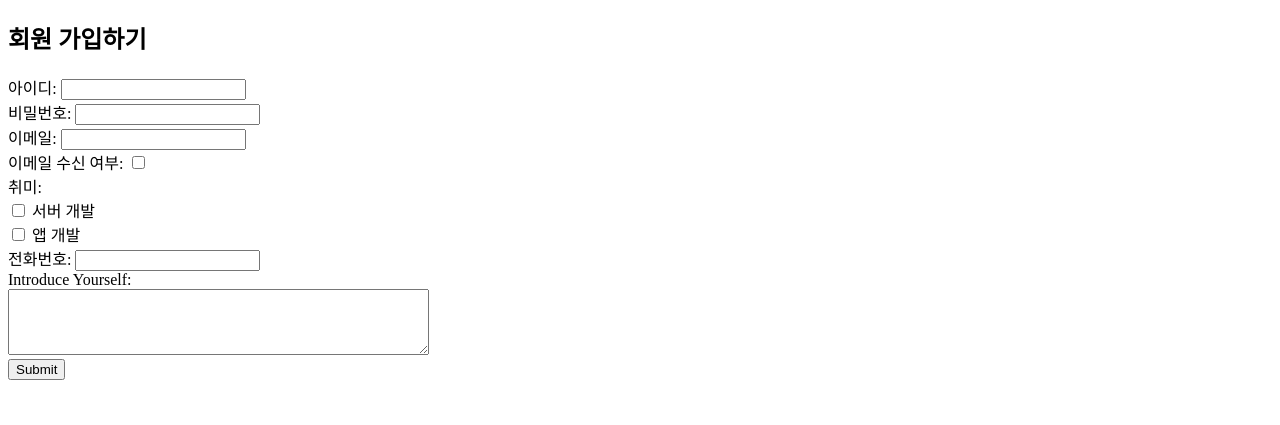
Repository: dnwpdud/WEB_CODES
Page: http://localhost/Web06_JSP_Servlet/ch21/register.jsp
These files come from the project's save history. The page is drawn as it stood at one moment and after the next save; the edit follows.
The browser window is 1280 px wide. The pictures show the whole page.
The page is served by Tomcat 9. Other server files are loaded and not shown.

Above is the page before, as saved 2024-04-03 05:02:48.

### Web06_JSP_Servlet/src/main/webapp/ch21/register.jsp
<%@ page language="java" contentType="text/html; charset=UTF-8"
    pageEncoding="UTF-8"%>
<!DOCTYPE html>
<html>
<head>
<meta charset="UTF-8">
<title>회원 가입</title>
</head>
<body>
	<h2>회원 가입하기</h2>
	<form action="../register.do" method="post">

	<label for="userid">아이디:</label>
    <input type="text" id="userid" name="userid" required><br>

    <label for="password">비밀번호:</label>
    <input type="password" id="password" name="password" required><br>

    <label for="email">이메일:</label>
    <input type="email" id="email" name="email" required><br>

    <label for="emailAgree">이메일 수신 여부:</label>
    <input type="checkbox" id="emailAgree" name="emailAgree" value="agree"><br>

    <label for="interest">취미:</label><br>
    <input type="checkbox" id="interest1" name="interest" value="서버개발">
    <label for="interest1">서버 개발</label><br>
    <input type="checkbox" id="interest2" name="interest" value="앱 개발">
    <label for="interest2">앱 개발</label><br>

    <!-- Add more interest checkboxes as needed -->

    <label for="phone">전화번호:</label>
    <input type="tel" id="phone" name="phone"><br>

    <label for="introduce">Introduce Yourself:</label><br>
    <textarea id="introduce" name="introduce" rows="4" cols="50"></textarea><br>

    <input type="submit" value="Submit">

	</form>



</body>
</html>

After the next save:
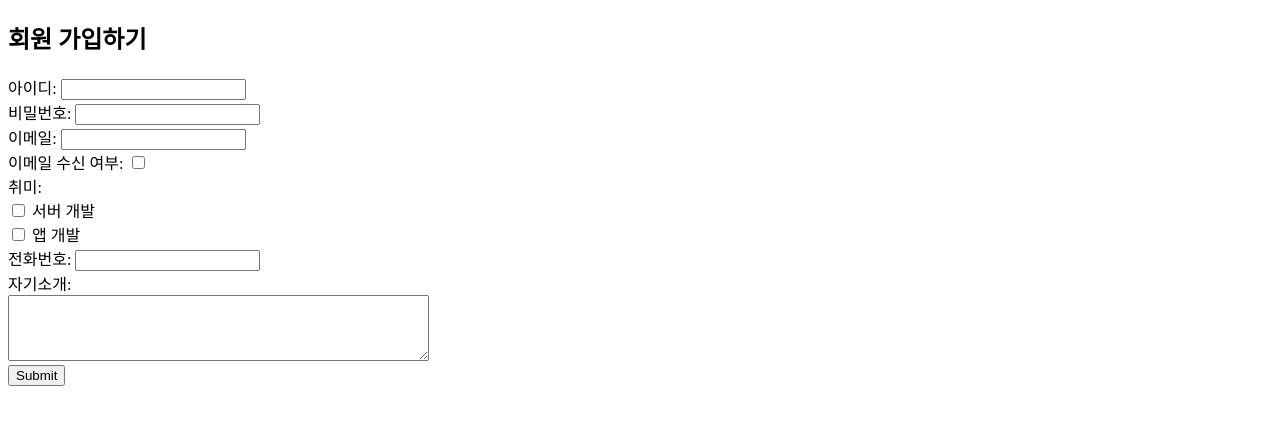
Saved 11 s later.
--- a/Web06_JSP_Servlet/src/main/webapp/ch21/register.jsp
+++ b/Web06_JSP_Servlet/src/main/webapp/ch21/register.jsp
@@ -33,7 +33,7 @@
     <label for="phone">전화번호:</label>
     <input type="tel" id="phone" name="phone"><br>
 
-    <label for="introduce">Introduce Yourself:</label><br>
+    <label for="introduce">자기소개:</label><br>
     <textarea id="introduce" name="introduce" rows="4" cols="50"></textarea><br>
 
     <input type="submit" value="Submit">
